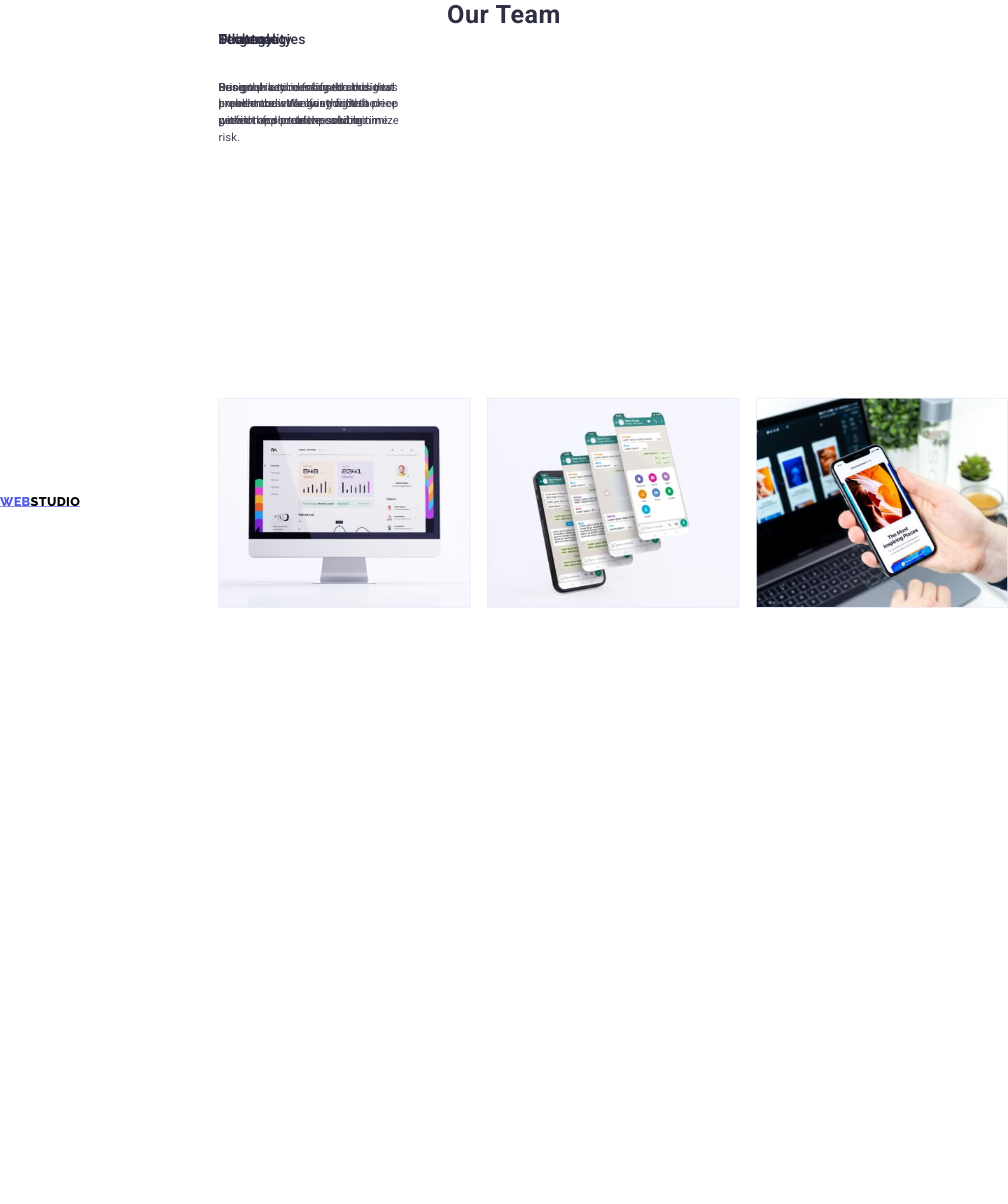
Repository: GrishchenkoNataliya/goit-markup-hw-02
Page: index.html
These files come from the project's save history. The page is drawn as it stood at one moment and after the next save; the edit follows.
The browser window is 1280 px wide. The page is 1440 px wide, so the pictures cover 1440 px, including what lies to the right of the window. The pictures show the part of the page from y = 1575 to 3295 px (the page is 4788 px tall), at 70% of full size.

Above is the page before, as saved 2023-03-06 20:25:09.

### index.html
<!DOCTYPE html>
<html lang="en">
  <head>
    <meta charset="UTF-8" />
    <meta http-equiv="X-UA-Compatible" content="IE=edge" />
    <meta name="viewport" content="width=device-width, initial-scale=1.0" />

    <link rel="preconnect" href="https://fonts.googleapis.com" />
    <link rel="preconnect" href="https://fonts.gstatic.com" crossorigin />
    <link
      href="https://fonts.googleapis.com/css2?family=Raleway:wght@800&family=Roboto+Mono:wght@600&family=Roboto:wght@400;500;700&display=swap"
      rel="stylesheet"
    />
    <link rel="stylesheet" href="./css/styles.css" />
    <title>homework_2</title>
  </head>
  <body class="body">
    <header class="header">
      <a class="header-logo" href="./index.html"
        >Web<span class="studio">Studio </span></a
      >
      <nav class="header-nav">
        <ul class="header-list">
          <li class="header-item">
            <a
              class="header-link"
              href=""
              target="_blank"
              rel="noopener noreferrer nofollow"
              >Studio</a
            >
          </li>
          <li class="header-item-portfolio">
            <a
              class="header-link"
              href="./portfolio/portfolio.html"
              target="_blank"
              rel="noopener noreferrer nofollow"
              >Portfolio</a
            >
          </li>
          <li class="header-item">
            <a
              class="header-link"
              href=""
              target="_blank"
              rel="noopener noreferrer nofollow"
              >Contacts</a
            >
          </li>
        </ul>
      </nav>
      <address class="address">
        <ul class="address-list">
          <li class="address-mail">
            <a href="mailto:info@devstudio.com">info@devstudio.com</a>
          </li>
          <li class="address-tel">
            <a href="tel:+110001111111">+11 (000) 111-11-11</a>
          </li>
        </ul>
      </address>
    </header>
    <main class="main">
      <section class="hero">
        <h1 class="hero-title">Effective Solutions for Your Business</h1>
        <button class="hero-btn" type="button">Order Service</button>
        <!-- Dark-bg -->
      </section>

      <section class="feature1">
        <h2 hidden>Большой заголовок</h2>
        <ul class="feature1-list">
          <li class="feature1-item">
            <h3 class="feature1-title">Strategy</h3>
            <p class="feature1-text">
              Our goal is to identify the business problem to walk away with the
              perfect and creative solution.
            </p>
          </li>
          <li class="feature1-item">
            <h3 class="feature1-title">Punctuality</h3>
            <p class="feature1-text">
              Bring the key message to the brand's audience for the best price
              within the shortest possible time.
            </p>
          </li>
          <li class="feature1-item">
            <h3 class="feature1-title">Diligence</h3>
            <p class="feature1-text">
              Research and confirm brands that present the strongest digital
              growth opportunities and minimize risk.
            </p>
          </li>
          <li class="feature1-item">
            <h3 class="feature1-title">Technologies</h3>
            <p class="feature1-text">
              Design practice focused on digital experiences. We bring forth a
              deep passion for problem-solving.
            </p>
          </li>
        </ul>
      </section>

      <section class="feature2">
        <h2 class="feature2-title">What are we doing</h2>
        <ul class="feature2-list">
          <li class="feature2-item-1">
            <img
              src="./images/pages1/Rectangle71-1.jpg"
              alt="Rectangle 71-1"
              width="360"
            />
          </li>
          <li class="feature2-item-2">
            <img
              src="./images/pages1/Rectangle71-2.jpg"
              alt="Rectangle 71-2"
              width="360"
            />
          </li>
          <li class="feature2-item-3">
            <img
              src="./images/pages1/Rectangle71-3.jpg"
              alt="Rectangle 71-3"
              width="360"
            />
          </li>
        </ul>
      </section>

      <section class="feature3">
        <h2 class="feature3-title-h2">Our Team</h2>
        <ul class="feature3-list">
          <li class="feature3-item1">
            <img
              src="./images/pages1/img1.jpg"
              alt="Mark Guerrero"
              width="264"
              height="260"
            />
            <h3 class="feature3-title">Mark Guerrero</h3>
            <p class="feature3-subtitle">Product Designer</p>
          </li>
          <li class="feature3-item2">
            <img
              src="./images/pages1/img2.jpg"
              alt="Tom Ford"
              width="264"
              height="260"
            />
            <h3 class="feature3-title">Tom Ford</h3>
            <p class="feature3-subtitle">Frontend Developer</p>
          </li>
          <li class="feature3-item3">
            <img
              src="./images/pages1/img3.jpg"
              alt="Camila Garcia"
              width="264"
              height="260"
            />
            <h3 class="feature3-title">Camila Garcia</h3>
            <p class="feature3-subtitle">Marketing</p>
          </li>
          <li class="feature3-item4">
            <img
              src="./images/pages1/img4.jpg"
              alt="Daniel Wilson"
              width="264"
              height="260"
            />
            <h3 class="feature3-title">Daniel Wilson</h3>
            <p class="feature3-subtitle">UI Designer</p>
          </li>
        </ul>
      </section>
    </main>
    <footer class="footer">
      <a class="header-logo" href="./index.html"
        >Web<span class="studio">Studio </span></a
      >

      <p class="footer-text">
        Increase the flow of customers and sales for your business with digital
        marketing & growth solutions.
      </p>
      <!-- Dark-bg -->
    </footer>
  </body>
</html>

### css/styles.css
body {
  font-family: "Roboto Regular", sans-serif;
  font-family: open-;
}
/* @font-face {
  font-family: Roboto-500;
  src: url(../fonts/);
}
Підключення шрифта з папки fonts */

.header {
}

.header-logo {
  font-family: "Raleway";
  font-style: normal;
  font-weight: 800;
  font-size: 18px;
  line-height: 1.33;

  display: flex;
  align-items: center;
  letter-spacing: 0.03em;
  text-transform: uppercase;

  color: #4d5ae5;
}
.header-nav {
}

.studio {
  color: black;
}
.header-list {
  font-family: "Roboto";
  font-style: normal;
  font-weight: 500;
  font-size: 16px;
  line-height: 1.5;
  letter-spacing: 0.02em;
  color: #2e2f42;
}

.address {
}
.address-list {
  font-family: "Roboto";
  font-style: normal;
  font-weight: 400;
  font-size: 16px;
  line-height: 1.5;
  letter-spacing: 0.02em;
  color: #434455;
}
.address-mail {
}
.address-tel {
}
.main {
}
/* section hero */
.hero {
  position: absolute;
  width: 1440px;
  height: 600px;
  left: 0px;
  top: 72px;
  background: #2e2f42;
}
.hero-title {
  font-family: "Roboto";
  font-style: normal;
  font-weight: 700;
  font-size: 56px;
  line-height: 1.07;
  text-align: center;
  letter-spacing: 0.02em;
  color: #ffffff;
}
.hero-btn {
  position: absolute;
  width: 169px;
  height: 56px;
  left: 636px;
  top: 428px;
  background: #4d5ae5;
  box-shadow: 0px 4px 4px rgba(0, 0, 0, 0.15);
  border-radius: 4px;
}
/* section 1 */
.feature1 {
}
.feature1-list {
  position: absolute;
  width: 1128px;
  height: 104px;
  left: 156px;
  top: 792px;
}
.feature1-item {
  display: flex;
  flex-direction: column;
  align-items: flex-start;
  padding: 0px;
  gap: 8px;

  position: absolute;
  width: 264px;
  height: 104px;
  left: 156px;
  top: 792px;
}
.feature1-title {
  font-family: "Roboto";
  font-style: normal;
  font-weight: 500;
  font-size: 20px;
  line-height: 1.2;
  letter-spacing: 0.02em;
  color: #2e2f42;
}
.feature1-text {
  font-family: "Roboto";
  font-style: normal;
  font-weight: 400;
  font-size: 16px;
  line-height: 1.5;
  letter-spacing: 0.02em;
  color: #434455;
}
/* section 2 */
.feature2 {
  position: absolute;
  width: 1128px;
  height: 412px;
  left: 156px;
  top: 1016px;
}
.feature2-title {
  font-family: "Roboto";
  font-style: normal;
  font-weight: 700;
  font-size: 36px;
  line-height: 1.1;
  text-align: center;
  letter-spacing: 0.02em;
  text-transform: capitalize;
  color: #2e2f42;
}
.feature2-list {
}
.feature2-item-1 {
  display: flex;
  flex-direction: column;
  align-items: flex-start;
  padding: 0px;

  position: absolute;
  width: 360px;
  height: 300px;
  left: 156px;
  top: 1128px;
}
.feature2-item-2 {
  display: flex;
  flex-direction: column;
  align-items: flex-start;
  padding: 0px;

  position: absolute;
  width: 360px;
  height: 300px;
  left: 540px;
  top: 1128px;
}
.feature2-item-3 {
  display: flex;
  flex-direction: column;
  align-items: flex-start;
  padding: 0px;

  position: absolute;
  width: 360px;
  height: 300px;
  left: 924px;
  top: 1128px;
}
/* section 3 */
.feature3 {
  position: absolute;
  width: 1440px;
  height: 732px;
  left: 0px;
  top: 1548px;
}
.feature3-title-h2 {
  font-family: "Roboto";
  font-style: normal;
  font-weight: 700;
  font-size: 36px;
  line-height: 1.1;
  text-align: center;
  letter-spacing: 0.02em;
  text-transform: capitalize;
  color: #2e2f42;
}
.feature3-list {
}
.feature3-item1 {
  display: flex;
  flex-direction: column;
  justify-content: center;
  align-items: center;
  padding: 0px 0px 32px;
  gap: 32px;

  position: absolute;
  width: 264px;
  height: 380px;
  left: 156px;
  top: 1780px;
}
.feature3-item2 {
  display: flex;
  flex-direction: column;
  justify-content: center;
  align-items: center;
  padding: 0px 0px 32px;
  gap: 32px;

  position: absolute;
  width: 264px;
  height: 380px;
  left: 444px;
  top: 1780px;
}
.feature3-item3 {
  display: flex;
  flex-direction: column;
  justify-content: center;
  align-items: center;
  padding: 0px 0px 32px;
  gap: 32px;

  position: absolute;
  width: 264px;
  height: 380px;
  left: 732px;
  top: 1780px;
}
.feature3-item4 {
  display: flex;
  flex-direction: column;
  justify-content: center;
  align-items: center;
  padding: 0px 0px 32px;
  gap: 32px;

  position: absolute;
  width: 264px;
  height: 380px;
  left: 1020px;
  top: 1780px;
}
.feature3-title {
  font-family: "Roboto";
  font-style: normal;
  font-weight: 500;
  font-size: 20px;
  line-height: 1.2;
  text-align: center;
  letter-spacing: 0.02em;
  color: #2e2f42;
}
.feature3-subtitle {
  font-family: "Roboto";
  font-style: normal;
  font-weight: 400;
  font-size: 16px;
  line-height: 1.2;
  text-align: center;
  letter-spacing: 0.02em;
  color: #434455;
}
.footer {
  position: absolute;
  width: 1440px;
  height: 312px;
  left: 0px;
  top: 2280px;

  /* display: flex;
flex-direction: row;
align-items: center;
padding: 0px;

position: absolute;
width: 115px;
height: 24px;
left: 156px;
top: 2380px; */
}
.footer-text {
  position: absolute;
  width: 264px;
  height: 72px;
  left: 156px;
  top: 2420px;
  font-family: "Roboto";
  font-style: normal;
  font-weight: 400;
  font-size: 16px;
  line-height: 1.2;
  letter-spacing: 0.02em;
  color: #f4f4fd;
}

After the next save:
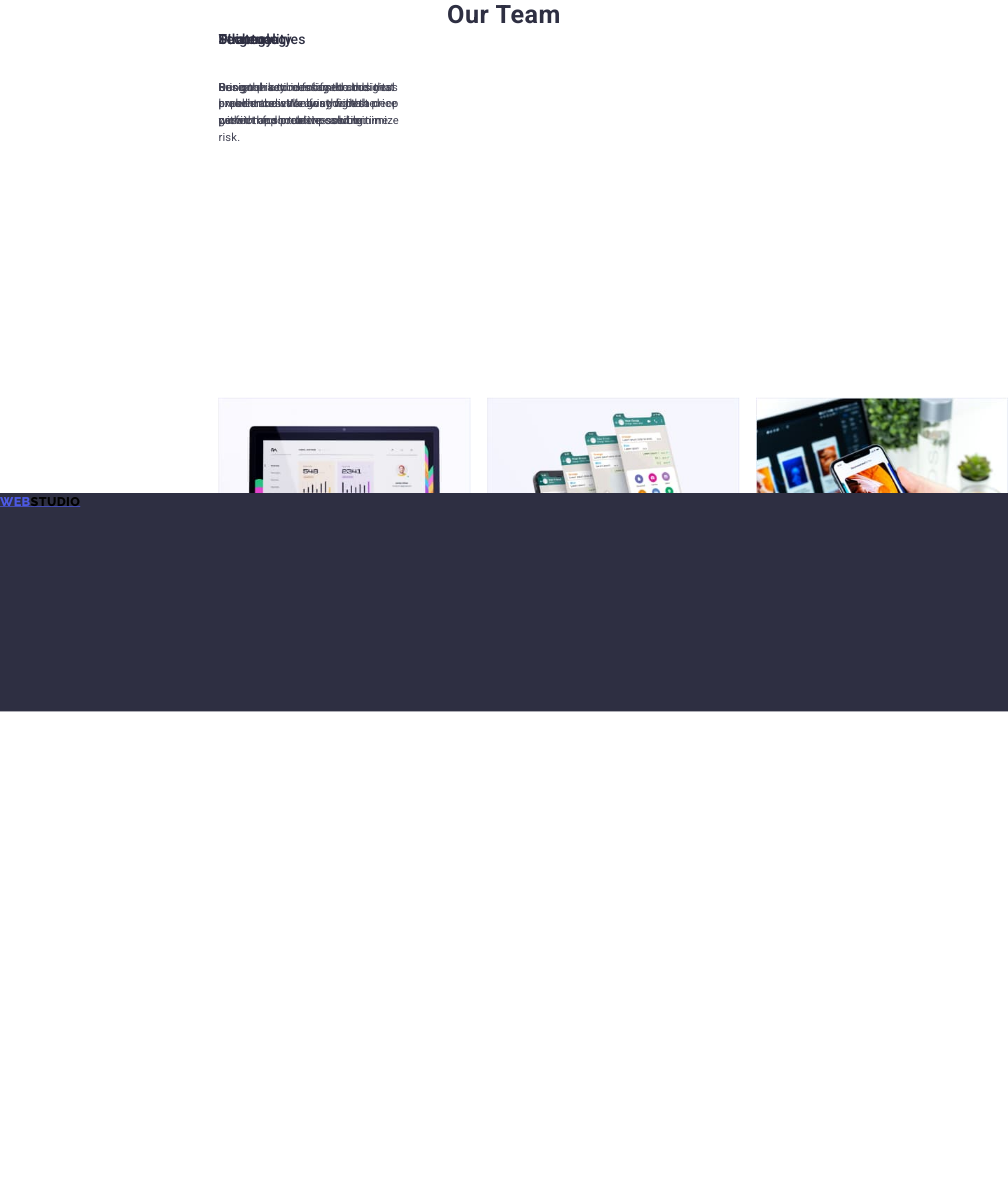
Saved 86 s later.
--- a/css/styles.css
+++ b/css/styles.css
@@ -283,11 +283,11 @@ body {
   color: #434455;
 }
 .footer {
-  position: absolute;
+  /* position: absolute;
   width: 1440px;
   height: 312px;
   left: 0px;
-  top: 2280px;
+  top: 2280px; */
 
   /* display: flex;
 flex-direction: row;
@@ -299,6 +299,13 @@ width: 115px;
 height: 24px;
 left: 156px;
 top: 2380px; */
+
+  position: absolute;
+  width: 1440px;
+  height: 312px;
+  left: 0px;
+  top: 2280px;
+  background: #2e2f42;
 }
 .footer-text {
   position: absolute;
